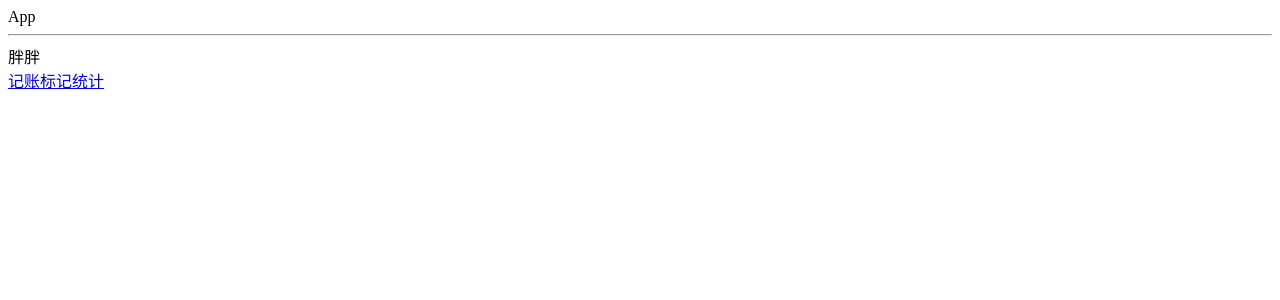
Repository: jiujiu407/bookkeeping
Page: /#/labels
These files come from the project's save history. The page is drawn as it stood at one moment and after the next save; the edit follows.
The browser window is 1280 px wide. The pictures show the whole page.
The project was rebuilt for these pictures with package versions that can differ from the ones it lists, and the page was loaded fresh each time. Also part of the build but not shown: vue.config.js, src/views/Money.vue, src/views/Statistics.vue.

Above is the page before, as saved 2021-10-14 16:30:21.

After the next save:
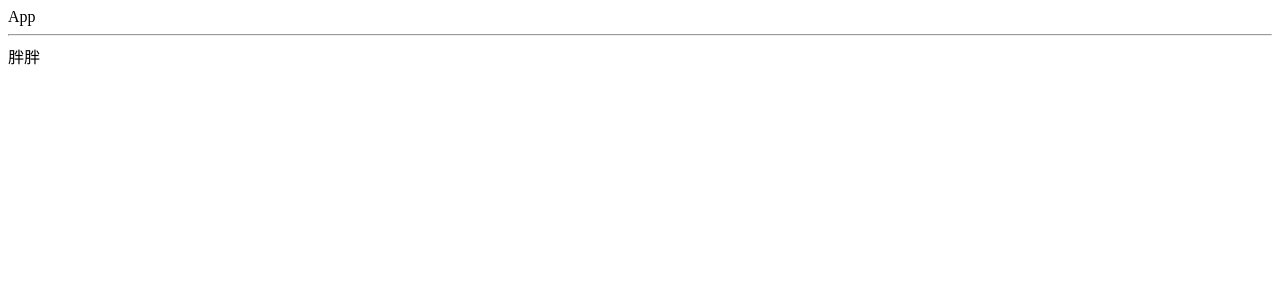
Saved 42 s later.
--- a/src/App.vue
+++ b/src/App.vue
@@ -4,11 +4,6 @@ import router from '../.history/src/router/index_20211014144307';
   App
   <hr/>
   <router-view/>
-  <div>
-    <router-link to="/money">记账</router-link>
-    <router-link to="/labels">标记</router-link>
-    <router-link to="/statistics">统计</router-link>
-  </div>
 </div>
 </template>
 
